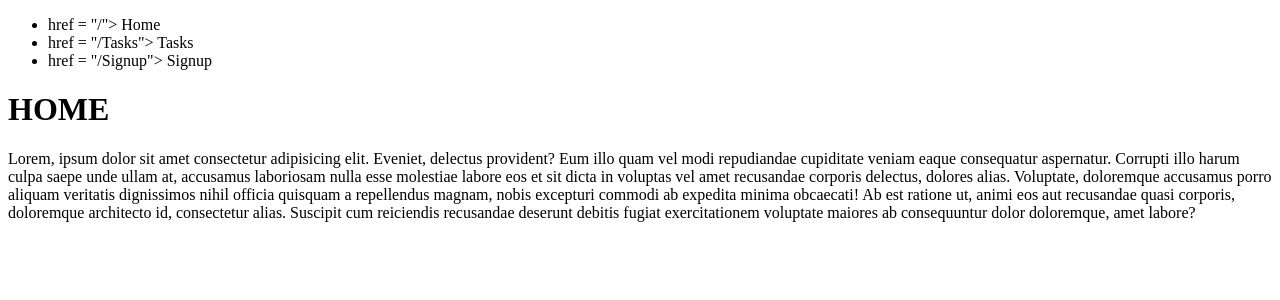
Repository: Andres250602/auth.django
Page: http://localhost/
An editor plug-in stored every save of this project. The page is shown before and after the next save, followed by the edit.
The browser window is 1280 px wide. The pictures show the whole page.
The page is served by the project's application, run on Django 5.2 (manage.py). Other server files are loaded and not shown.

Above is the page before, as saved 2024-04-11 09:20:56.

### myapp/templates/home.html
{% extends 'base.html' %}

{% block content %}
<h1>HOME</h1>
<p>Lorem, ipsum dolor sit amet consectetur adipisicing elit. Eveniet, delectus provident? Eum illo quam vel modi repudiandae cupiditate veniam eaque consequatur aspernatur. Corrupti illo harum culpa saepe unde ullam at, accusamus laboriosam nulla esse molestiae labore eos et sit dicta in voluptas vel amet recusandae corporis delectus, dolores alias. Voluptate, doloremque accusamus porro aliquam veritatis dignissimos nihil officia quisquam a repellendus magnam, nobis excepturi commodi ab expedita minima obcaecati! Ab est ratione ut, animi eos aut recusandae quasi corporis, doloremque architecto id, consectetur alias. Suscipit cum reiciendis recusandae deserunt debitis fugiat exercitationem voluptate maiores ab consequuntur dolor doloremque, amet labore?</p>
{% endblock %}

### myapp/templates/base.html
<!DOCTYPE html>
<html lang="en">
<head>
    <meta charset="UTF-8">
    <meta name="viewport" content="width=device-width, initial-scale=1.0">
    <title>Django CRUD Application</title>
</head>
<body>
    <nav>
        <ul>
            <li>
                <a> href = "/"> Home</a>
            </li>
            <li>
                <a> href = "/Tasks"> Tasks</a>
            </li>
            <li>
                <a> href = "/Signup"> Signup</a>
            </li>
        </ul>
    </nav>
    {% block content %}
    {% endblock %}
</body>
</html>

### myapp/views.py
from django.shortcuts import render, redirect
from django.contrib.auth.forms import UserCreationForm
from django.contrib.auth.models import User
from django.db import IntegrityError
from django.contrib.auth import login

def signup(request):
    if request.method== 'GET':
            return render(request, 'signup.html', {
    'form': UserCreationForm
    })


    else:
        if request.POST['password1'] == request.POST['password2']:
            try:
                user = User.objects.create_user(username=request.POST['username'], password=request.POST['password1'])
                user.save()
                login(request, user)
                return redirect('tasks')
            except IntegrityError:
                return  render(request, 'signup.html', {
                    'form': UserCreationForm,
                    'error': 'usuario ya existe'
                })




        return  render(request, 'signup.html', {
                'form': UserCreationForm,
                'error': 'contraseña no coincide'
                })



    return render(request, 'signup.html', {
    'form': UserCreationForm
    })
def home(request):
    return render (request, 'home.html')
def tasks(request):
    return render(request, 'tasks.html')

### mysite/urls.py
"""
URL configuration for mysite project.

The `urlpatterns` list routes URLs to views. For more information please see:
    https://docs.djangoproject.com/en/5.0/topics/http/urls/
Examples:
Function views
    1. Add an import:  from my_app import views
    2. Add a URL to urlpatterns:  path('', views.home, name='home')
Class-based views
    1. Add an import:  from other_app.views import Home
    2. Add a URL to urlpatterns:  path('', Home.as_view(), name='home')
Including another URLconf
    1. Import the include() function: from django.urls import include, path
    2. Add a URL to urlpatterns:  path('blog/', include('blog.urls'))
"""
from django.contrib import admin
from django.urls import path, include

urlpatterns = [
    path('admin/', admin.site.urls),
    path('', include('myapp.urls')),

]

### myapp/urls.py
from django.urls import path
from . import views
urlpatterns = [
    path ('signup/', views.signup, name='signup'),
    path ('', views.home, name='home'),
    path ('tasks/', views.tasks, name='tasks'),

]

After the next save:
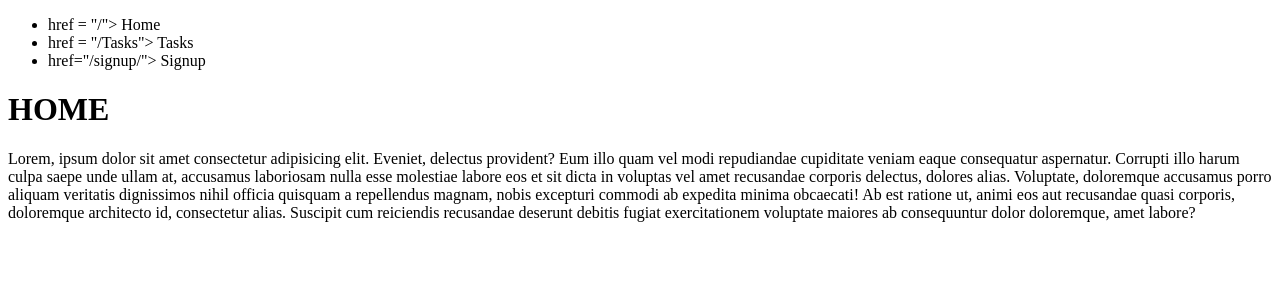
Saved 4 min 36 s later.
--- a/myapp/templates/base.html
+++ b/myapp/templates/base.html
@@ -15,7 +15,7 @@
                 <a> href = "/Tasks"> Tasks</a>
             </li>
             <li>
-                <a> href = "/Signup"> Signup</a>
+                <a> href="/signup/"> Signup</a>
             </li>
         </ul>
     </nav>
